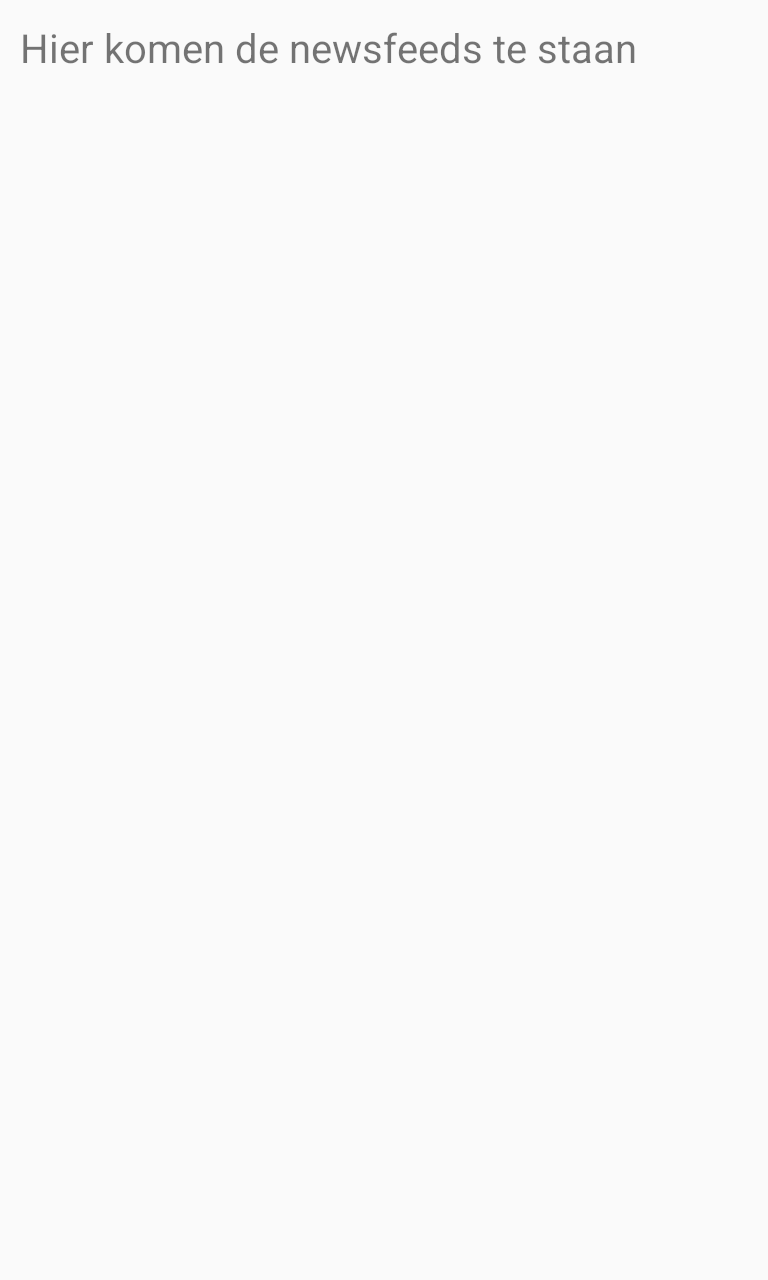
Repository: MarcSelles/BeatYourBucketAndroid
Layout: The_app/BeatYourBucket/res/layout/activity_main.xml
An editor plug-in stored every save of this project. The layout is shown before and after the next save, followed by the edit.
It is drawn on a 768 x 1280 px phone screen (xhdpi) without system bars, with theme AppTheme; the app's code is not run.

Above is the layout before, as saved 2015-01-13 10:58:25.

### The_app/BeatYourBucket/res/layout/activity_main.xml
<?xml version="1.0" encoding="utf-8"?>
<LinearLayout xmlns:tools="http://schemas.android.com/tools"
    xmlns:android="http://schemas.android.com/apk/res/android"
    android:layout_width="fill_parent"
    android:layout_height="fill_parent"
    tools:context="com.byb.beatyourbucket.MainActivity" >

    <TabHost
        android:id="@+id/tabhost"
        android:layout_width="fill_parent"
    	android:layout_height="fill_parent">

    <LinearLayout
        android:orientation="vertical"
        android:layout_width="fill_parent"
        android:layout_height="fill_parent"
        android:padding="5dp">

        <FrameLayout
            android:id="@android:id/tabcontent"
            android:layout_width="fill_parent"
            android:layout_height="wrap_content"
            android:padding="5dp"
            android:layout_weight="1">

        	<LinearLayout
            	android:id="@+id/tab1"
            	android:layout_width="wrap_content"
            	android:layout_height="wrap_content"
            	android:orientation="horizontal" >

                <TextView
                	android:id="@+id/hoi"
                    android:layout_width="wrap_content"
                    android:layout_height="wrap_content"
                    android:text="Hier komen de newsfeeds te staan"
                    android:textSize="40px" />

            </LinearLayout>

            <LinearLayout
            	android:id="@+id/tab2"
            	android:layout_width="wrap_content"
            	android:layout_height="wrap_content"
                android:orientation="vertical" >
            </LinearLayout>

            <LinearLayout
                android:id="@+id/tab3"
                android:layout_width="wrap_content"
                android:layout_height="wrap_content"
                android:orientation="vertical" >
            </LinearLayout>

            </FrameLayout>

        <TabWidget
            android:id="@android:id/tabs"
            android:layout_width="fill_parent"
            android:layout_height="wrap_content"
            android:layout_weight="0"
            android:layout_marginBottom="-4dp"/>

    	</LinearLayout>

	</TabHost>

</LinearLayout>



    <!-- <Button
        android:id="@+id/list"
        android:layout_width="wrap_content"
        android:layout_height="wrap_content"
        android:layout_alignLeft="@+id/hoi"
        android:layout_below="@+id/hoi"
        android:layout_marginTop="44dp"
        android:onClick="seeList"
        android:text="list"
        android:visibility="invisible" />  -->




<!--  extra
<LinearLayout xmlns:tools="http://schemas.android.com/tools"
    xmlns:android="http://schemas.android.com/apk/res/android"
    android:layout_width="fill_parent"
    android:layout_height="fill_parent"
    tools:context="com.byb.beatyourbucket.MainActivity" >

android:paddingBottom="@dimen/activity_vertical_margin"
    android:paddingLeft="@dimen/activity_horizontal_margin"
    android:paddingRight="@dimen/activity_horizontal_margin"
    android:paddingTop="@dimen/activity_vertical_margin" -->

Loaded but not shown: The_app/BeatYourBucket/res/values/styles.xml (common file); The_app/BeatYourBucket/res/values-v11/styles.xml (common file); The_app/BeatYourBucket/res/values-v14/styles.xml (common file); The_app/BeatYourBucket/res/values/dimens.xml (common file); The_app/BeatYourBucket/res/values-w820dp/dimens.xml (common file)

After the next save:
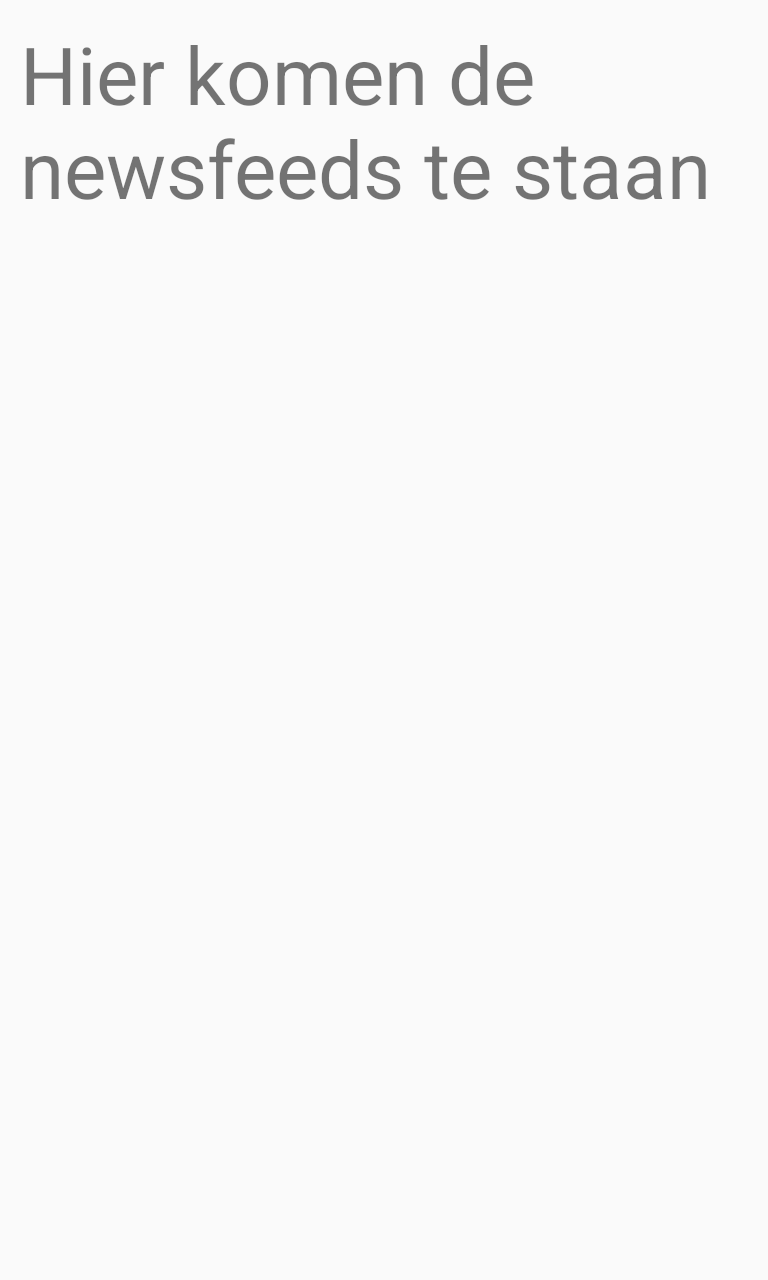
Saved 6 s later.
--- a/The_app/BeatYourBucket/res/layout/activity_main.xml
+++ b/The_app/BeatYourBucket/res/layout/activity_main.xml
@@ -34,7 +34,7 @@
                     android:layout_width="wrap_content"
                     android:layout_height="wrap_content"
                     android:text="Hier komen de newsfeeds te staan"
-                    android:textSize="40px" />
+                    android:textSize="40dp" />
 
             </LinearLayout>
 
